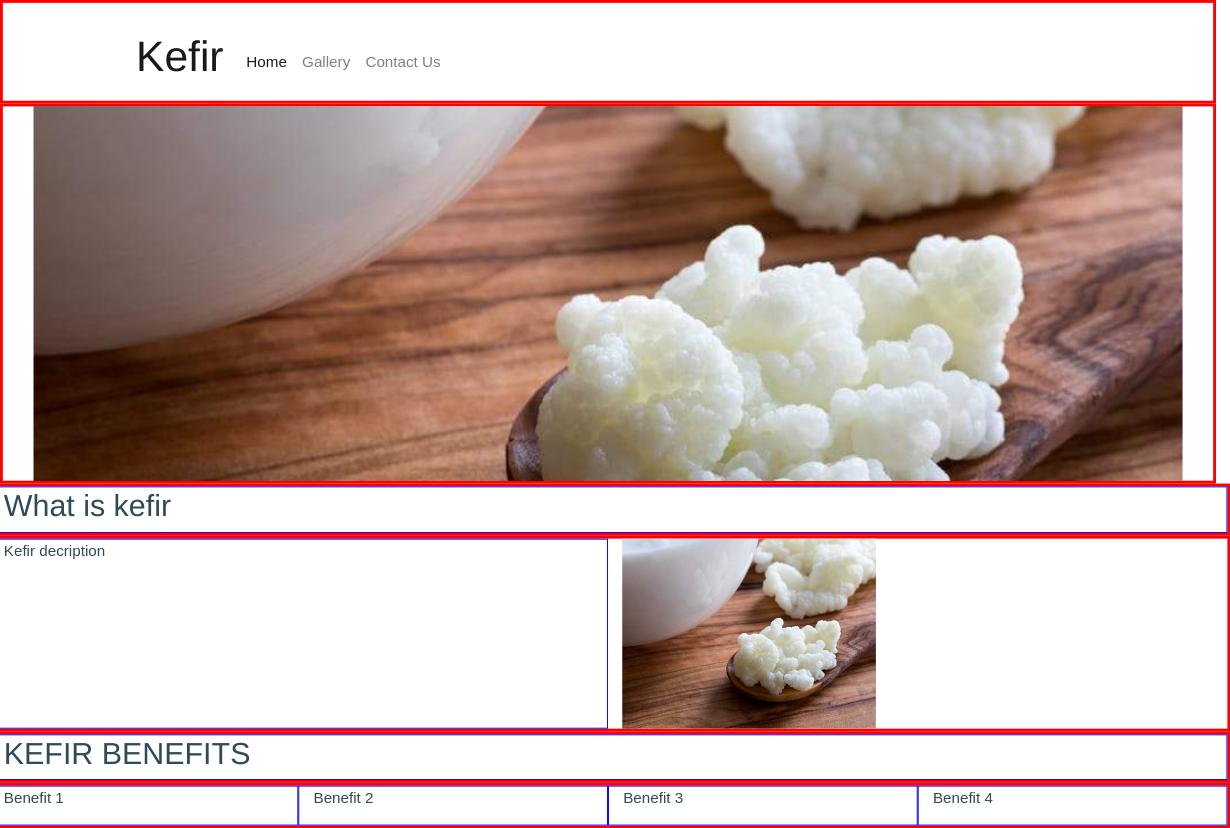
Repository: andna5980/kefir-web
Page: src/index.html
The author's editor kept a copy of each file at every save. The page is drawn from the files as they stood at one save, then again after the next save.
The browser window is 1280 px wide. The page is 1295 px wide, so the pictures cover 1295 px, including what lies to the right of the window. The pictures show the whole page, at 95% of full size.
Some web fonts or font styles are not loaded; a fallback is used. Some web libraries are served in a nearby version.

Above is the page before, as saved 2021-02-28 12:16:18.

After the next save:
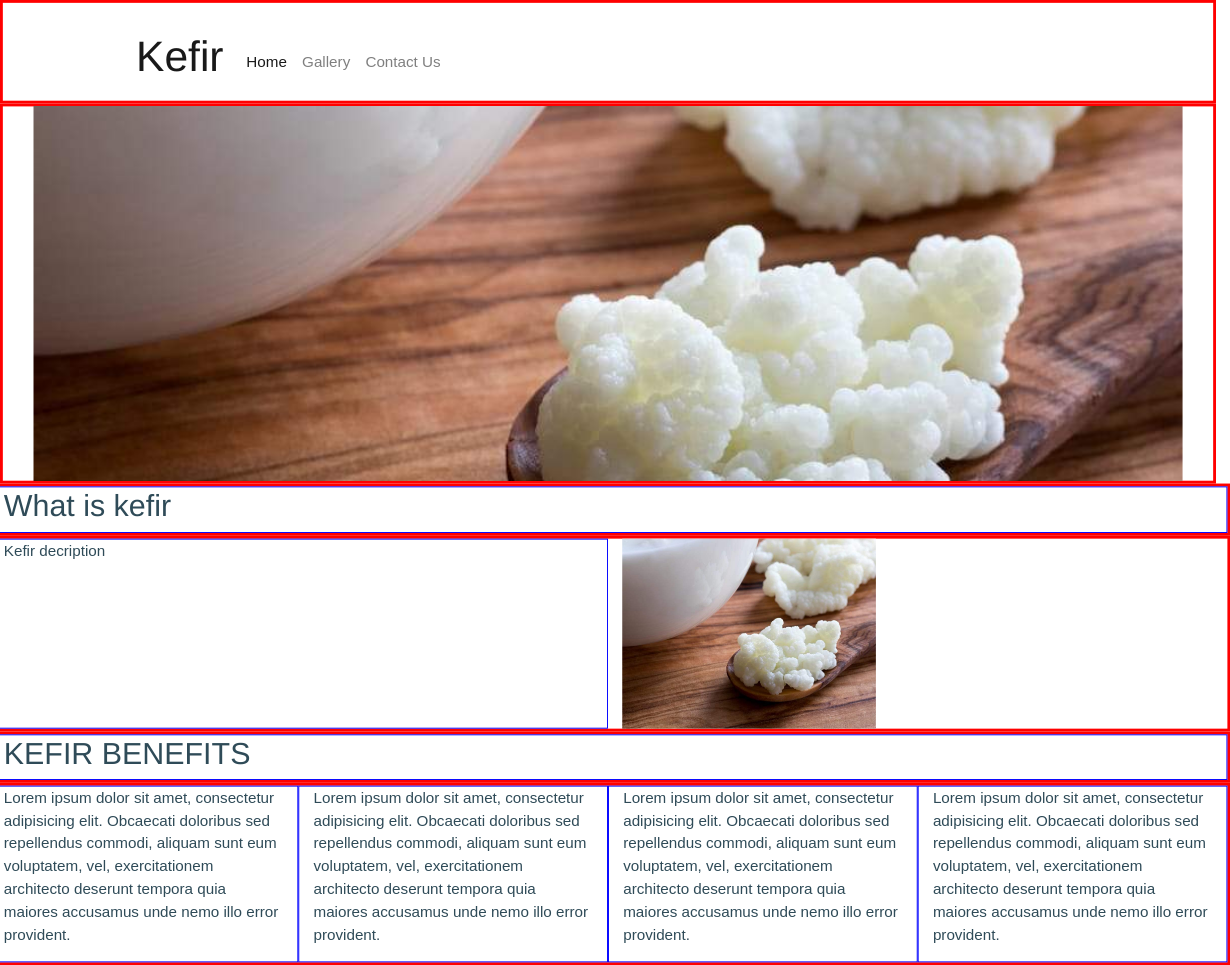
Saved 64 s later.
--- a/src/index.html
+++ b/src/index.html
@@ -82,16 +82,24 @@
 
     <div class=" test-red row">
       <div class="test-blue col-3">
-          <p>Benefit 1</p>
+          <p>Lorem ipsum dolor sit amet, consectetur adipisicing elit. Obcaecati doloribus sed repellendus commodi,
+            aliquam sunt eum voluptatem, vel, exercitationem architecto deserunt tempora quia maiores accusamus
+             unde nemo illo error provident.</p>
       </div>
       <div class="test-blue col-3">
-        <p>Benefit 2</p>
+        <p>Lorem ipsum dolor sit amet, consectetur adipisicing elit. Obcaecati doloribus sed repellendus commodi,
+          aliquam sunt eum voluptatem, vel, exercitationem architecto deserunt tempora quia maiores accusamus
+           unde nemo illo error provident.</p>
       </div>
       <div class="test-blue col-3">
-        <p>Benefit 3</p>
+        <p>Lorem ipsum dolor sit amet, consectetur adipisicing elit. Obcaecati doloribus sed repellendus commodi,
+          aliquam sunt eum voluptatem, vel, exercitationem architecto deserunt tempora quia maiores accusamus
+           unde nemo illo error provident.</p>
       </div>
       <div class="test-blue col-3">
-        <p>Benefit 4</p>
+        <p>Lorem ipsum dolor sit amet, consectetur adipisicing elit. Obcaecati doloribus sed repellendus commodi,
+          aliquam sunt eum voluptatem, vel, exercitationem architecto deserunt tempora quia maiores accusamus
+           unde nemo illo error provident.</p>
       </div>
     </div>
   </section>
